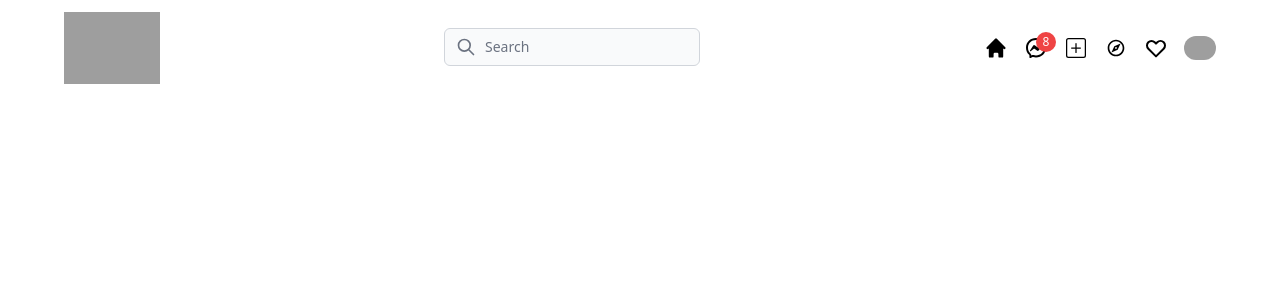
Repository: SehajBindra/insta--clone
Page: /
These files come from the project's save history. The page is drawn as it stood at one moment and after the next save; the edit follows.
The browser window is 1280 px wide. The pictures show the whole page.
Pictures or frames that could not be fetched are drawn as grey boxes. The project was rebuilt for these pictures with package versions that can differ from the ones it lists, and the page was loaded fresh each time. The framework's server and built-in components were replaced by stand-ins that run in the browser. Also part of the build but not shown: next.config.js.

Above is the page before, as saved 2022-04-11 14:02:27.

After the next save:
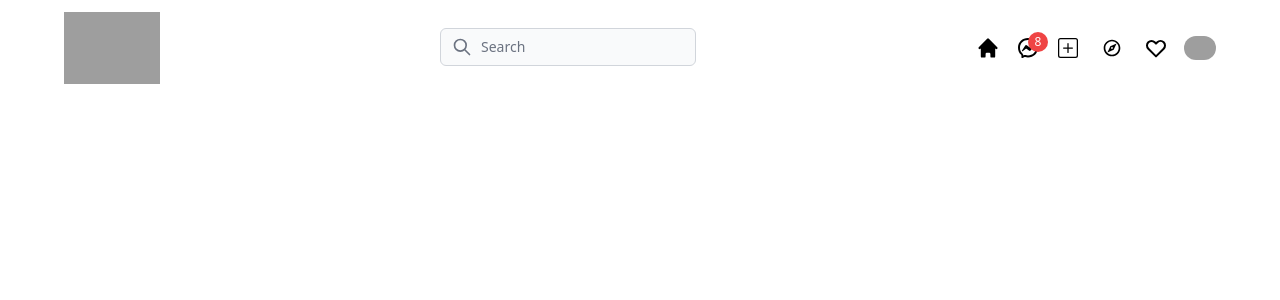
Saved 8 s later.
--- a/components/Header.js
+++ b/components/Header.js
@@ -55,7 +55,7 @@
 
        <BsPlusSquare  className="h-5 w-6"/>
        {/* <UserGroupIcon className="navBtn"/> */}
-       <MdOutlineExplore className="h-5  w-6" />
+       <MdOutlineExplore className="h-5  w-8" />
        <HeartIcon     className="navBtn"  />
 
        <img className="h-6 rounded-full  cursor-pointer" src="https:links.papareact.com/3ke" alt="profile pic"  />
